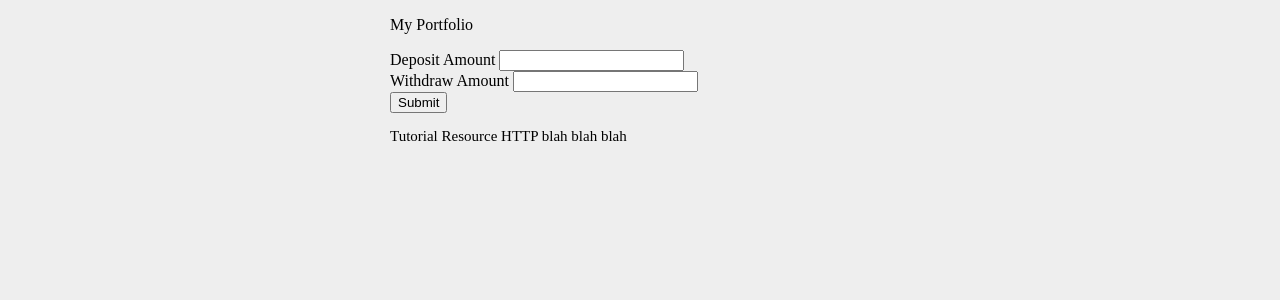
Repository: WillLiang918/Portfolio
Page: http://localhost/Task_Manager/portfolio.jsp
These files come from the project's save history. The page is drawn as it stood at one moment and after the next save; the edit follows.
The browser window is 1280 px wide. The pictures show the whole page.
The page is served by Tomcat 9. Other server files are loaded and not shown.

Above is the page before, as saved 2015-07-23 23:44:53.

### Task_Manager/WebContent/portfolio.jsp
<%@ page language="java" contentType="text/html" pageEncoding="UTF-8"%>
<!DOCTYPE html>
<html>
<head>
<meta charset="utf-8">
<title>JSP AJAX Form</title>
<script src="javascript/jquery-2.1.4.js"></script>
<script src="portfolio/portfolio.js"></script>
<link rel="stylesheet" href="css/basic.css" type="text/css" media="screen" />
</head>
<body>
	<p class="Large">My Portfolio</p>
	<form id="updatePortfolio">
		<label for="depositAmt">Deposit Amount</label>
		<input type="text" id="depositAmt" name="depositAmt"/>
		<br/>
		<label for="withdrawAmt">Withdraw Amount</label>
		<input type="text" id="withdrawAmt" name="withdrawAmt" />
		<br/>
		<input type="submit" />
	</form>
	<p id="displayName" />
	<br>
	<p class="small">Tutorial Resource HTTP blah blah blah</p>
</body>
</html>

### Task_Manager/WebContent/portfolio/portfolio.js
$(document).ready(function(){
	//Update portfolio
	$('#updatePortfolio').submit(function(){
		$.ajax({
			url: 'updatePortfolio',
			type: 'POST',
			dataType: 'json',
			data: $('#updatePortfolio').serialize(),
			success: function(data){
				if(data.isValid){
					$('#displayName').html('Your deposit is: ' + data.depositAmt);
					$('#displayName').slideDown(500);
				}
				else {
					alert('Please enter a valid username!')
				}
			}
		})

	})
})

### Task_Manager/WebContent/css/basic.css
@CHARSET "UTF-8";

body {
	margin: 0px auto;
	width: 500px;
	background-color: #EEEEEE;
}

p.large{
	font-size:20px
}

p.small{
	font-size:15px;
}

p#displayName {
	display: none;
}

Loaded but not shown: Task_Manager/WebContent/javascript/jquery-2.1.4.js (library)

After the next save:
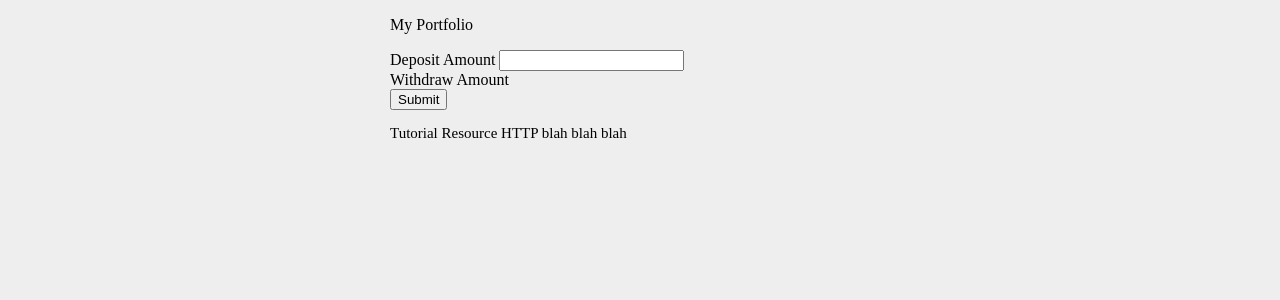
Saved 71 min 32 s later.
--- a/Task_Manager/WebContent/portfolio.jsp
+++ b/Task_Manager/WebContent/portfolio.jsp
@@ -15,7 +15,7 @@
 		<input type="text" id="depositAmt" name="depositAmt"/>
 		<br/>
 		<label for="withdrawAmt">Withdraw Amount</label>
-		<input type="text" id="withdrawAmt" name="withdrawAmt" />
+		<!--input type="text" id="withdrawAmt" name="withdrawAmt" /!-->
 		<br/>
 		<input type="submit" />
 	</form>

After the save that followed:
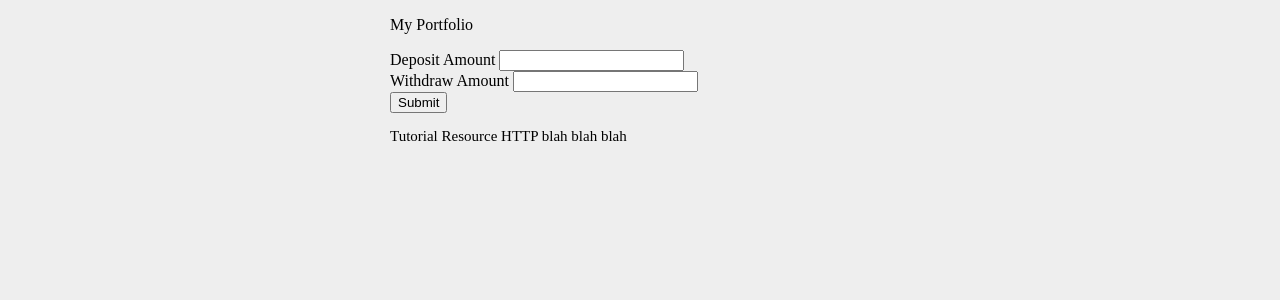
Saved 30 s later.
--- a/Task_Manager/WebContent/portfolio.jsp
+++ b/Task_Manager/WebContent/portfolio.jsp
@@ -15,7 +15,7 @@
 		<input type="text" id="depositAmt" name="depositAmt"/>
 		<br/>
 		<label for="withdrawAmt">Withdraw Amount</label>
-		<!--input type="text" id="withdrawAmt" name="withdrawAmt" /!-->
+		<input type="text" id="withdrawAmt" name="withdrawAmt" />
 		<br/>
 		<input type="submit" />
 	</form>
